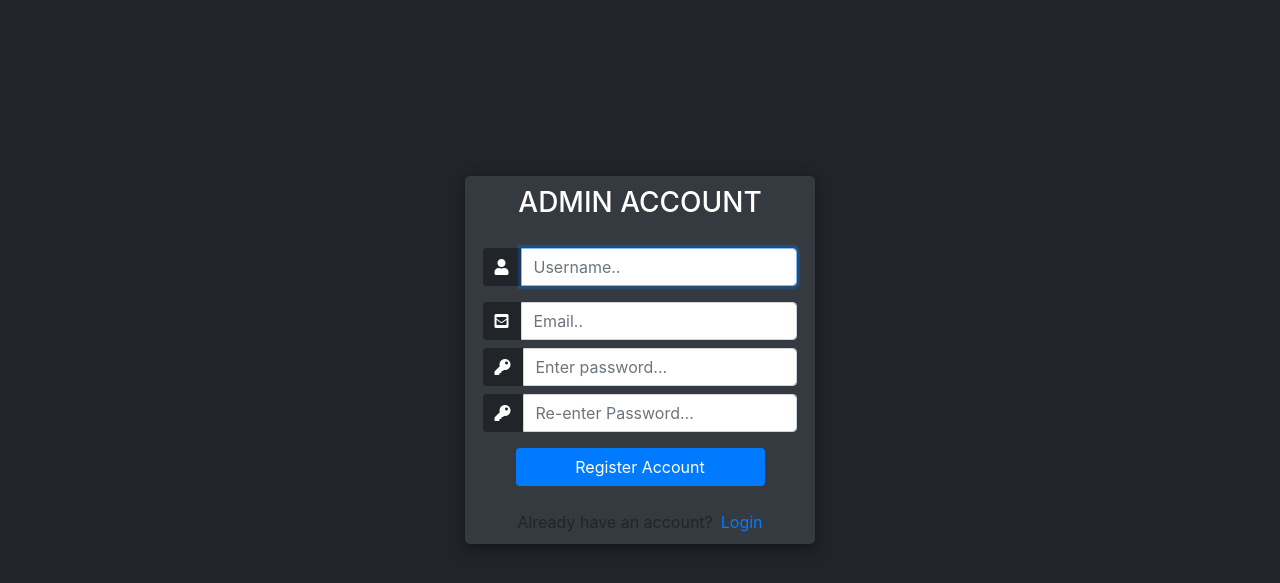
Repository: Abdaljawad-Aya/login-register-auth-validation-Django
Page: http://localhost/register/
These files come from the project's save history. The page is drawn as it stood at one moment and after the next save; the edit follows.
The browser window is 1280 px wide. The pictures show the whole page.
Some web libraries are served in a nearby version. The page is served by the project's application, run on Django 3.2 (project8/manage.py). Other server files are loaded and not shown.

Above is the page before, as saved 2021-03-11 22:24:03.

### project8/project8/templates/register.html
<!DOCTYPE html>
<html>

<head>
	<title>Login</title>
	<link rel="stylesheet" href="https://stackpath.bootstrapcdn.com/bootstrap/4.1.3/css/bootstrap.min.css" integrity="sha384-MCw98/SFnGE8fJT3GXwEOngsV7Zt27NXFoaoApmYm81iuXoPkFOJwJ8ERdknLPMO" crossorigin="anonymous">
	<script src="https://ajax.googleapis.com/ajax/libs/jquery/3.3.1/jquery.min.js"></script>
	<link rel="stylesheet" href="https://use.fontawesome.com/releases/v5.6.1/css/all.css" integrity="sha384-gfdkjb5BdAXd+lj+gudLWI+BXq4IuLW5IT+brZEZsLFm++aCMlF1V92rMkPaX4PP" crossorigin="anonymous">

	<style>
		body,
		html {
			margin: 0;
			padding: 0;
			height: 100%;
			background: #212429 !important;
		}
		.user_card {
			width: 350px;
			margin-top: auto;
			margin-bottom: auto;
			background: #353a40;
			position: relative;
			display: flex;
			justify-content: center;
			flex-direction: column;
			padding: 10px;
			box-shadow: 0 4px 8px 0 rgba(0, 0, 0, 0.2), 0 6px 20px 0 rgba(0, 0, 0, 0.19);
			-webkit-box-shadow: 0 4px 8px 0 rgba(0, 0, 0, 0.2), 0 6px 20px 0 rgba(0, 0, 0, 0.19);
			-moz-box-shadow: 0 4px 8px 0 rgba(0, 0, 0, 0.2), 0 6px 20px 0 rgba(0, 0, 0, 0.19);
			border-radius: 5px;

		}

		.form_container {
			margin-top: 20px;
		}

		#form-title{
			color: #fff;
		}
		.login_btn {
			width: 100%;
			background: #007aff !important;
			color: white !important;
		}
		.login_btn:focus {
			box-shadow: none !important;
			outline: 0px !important;
		}
		.login_container {
			padding: 0 2rem;
		}
		.input-group-text {
			background: #212429 !important;
			color: white !important;
			border: 0 !important;
			border-radius: 0.25rem 0 0 0.25rem !important;
		}
		.input_user,
		.input_pass:focus {
			box-shadow: none !important;
			outline: 0px !important;
		}

	</style>

</head>
<body>
	<div class="container h-100">
		<div class="d-flex justify-content-center h-100">
			<div class="user_card">
				<div class="d-flex justify-content-center">
					<h3 id="form-title">ADMIN ACCOUNT</h3>
				</div>
				<div class="d-flex justify-content-center form_container">

					<form method="POST" action="">
            {% csrf_token %}

						<div class="input-group mb-3">
							<div class="input-group-append">
								<span class="input-group-text"><i class="fas fa-user"></i></span>
							</div>
							{{form.username}}
						</div>
						<div class="input-group mb-2">
							<div class="input-group-append">
								<span class="input-group-text"><i class="fas fa-envelope-square"></i></span>
							</div>
							  {{form.email}}

						</div>
						<div class="input-group mb-2">
							<div class="input-group-append">
								<span class="input-group-text"><i class="fas fa-key"></i></span>
							</div>
							  {{form.password1}}
						</div>
						<div class="input-group mb-2">
							<div class="input-group-append">
								<span class="input-group-text"><i class="fas fa-key"></i></span>
							</div>
							 {{form.password2}}
						</div>

				   		<div class="d-flex justify-content-center mt-3 login_container">
				 			<input class="btn login_btn" type="submit" value="Register Account">
				   		</div>
					</form>
				</div>

				<div class="mt-4">
					<div class="d-flex justify-content-center links">
						Already have an account? <a href="{% url 'login' %}" class="ml-2">Login</a>
					</div>
				</div>
			</div>
		</div>
	</div>
	<script>
						/* Because i didnt set placeholder values in forms.py they will be set here using vanilla Javascript
		//We start indexing at one because CSRF_token is considered and input field
		 */

		//Query All input fields
		var form_fields = document.getElementsByTagName('input')
		form_fields[1].placeholder='Username..';
		form_fields[2].placeholder='Email..';
		form_fields[3].placeholder='Enter password...';
		form_fields[4].placeholder='Re-enter Password...';


		for (var field in form_fields){
			form_fields[field].className += ' form-control'
		}
	</script>
</body>
</html>



{% comment %} <h1>register</h1>


<form method="POST" action>
  {% csrf_token %}
  {{form.username.label}}
  {{form.username}}

  {{form.email.label}}
  {{form.email}}

  {{form.password1.label}}
  {{form.password1}}

  {{form.password2.label}}
  {{form.password2}}
     <input type="submit" name="Create User">
</form> {% endcomment %}

### project8/project8/App/forms.py
from django.forms import ModelForm
from django.contrib.auth.forms import UserCreationForm
from django.contrib.auth.models import User
from django import forms

from .models import Data_Source



class OrderForm(ModelForm):
  class Meta:
          model  = Data_Source
          fields = '__all__'

class CreateUserForm(UserCreationForm):
    class Meta:
          model  = User
          fields = ['username','email','password1','password2']

### project8/project8/App/views.py
from django.shortcuts import render
from django.contrib.auth.forms import UserCreationForm


# Create your views here.
from .models import *
from .forms import OrderForm, CreateUserForm
from .filters import OrderFilters


def registerPage(request):
    form = CreateUserForm()

    if request.method == 'POST':
        form = CreateUserForm(request.POST)
        if form.is_valid():
              form.save()

    context ={'form':form}
    return render(request, '../templates/register.html', context)


def loginPage(request):
    context ={}
    return render(request, '../templates/login.html', context)

def index(request):
    return render(request , "index.html")

### project8/project8/project8/urls.py
"""project8 URL Configuration

The `urlpatterns` list routes URLs to views. For more information please see:
    https://docs.djangoproject.com/en/3.1/topics/http/urls/
Examples:
Function views
    1. Add an import:  from my_app import views
    2. Add a URL to urlpatterns:  path('', views.home, name='home')
Class-based views
    1. Add an import:  from other_app.views import Home
    2. Add a URL to urlpatterns:  path('', Home.as_view(), name='home')
Including another URLconf
    1. Import the include() function: from django.urls import include, path
    2. Add a URL to urlpatterns:  path('blog/', include('blog.urls'))
"""
from django.contrib import admin
from django.urls import path
from App import views

urlpatterns = [
    path('register/', views.registerPage, name="register"),
    path('login/', views.loginPage, name="login"),

    path('admin/', admin.site.urls),
    path('', views.index),
]

After the next save:
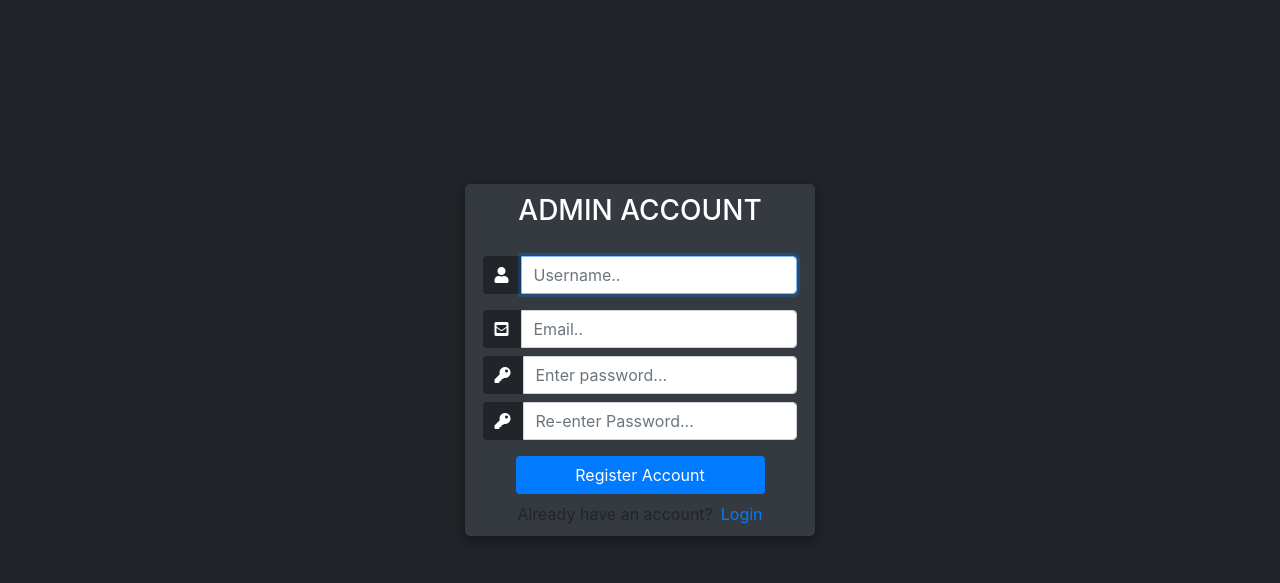
Saved 3 min 52 s later.
--- a/project8/project8/templates/register.html
+++ b/project8/project8/templates/register.html
@@ -110,7 +110,7 @@
 					</form>
 				</div>
 
-				<div class="mt-4">
+				<div class="mt-2">
 					<div class="d-flex justify-content-center links">
 						Already have an account? <a href="{% url 'login' %}" class="ml-2">Login</a>
 					</div>

After the 2 saves that followed:
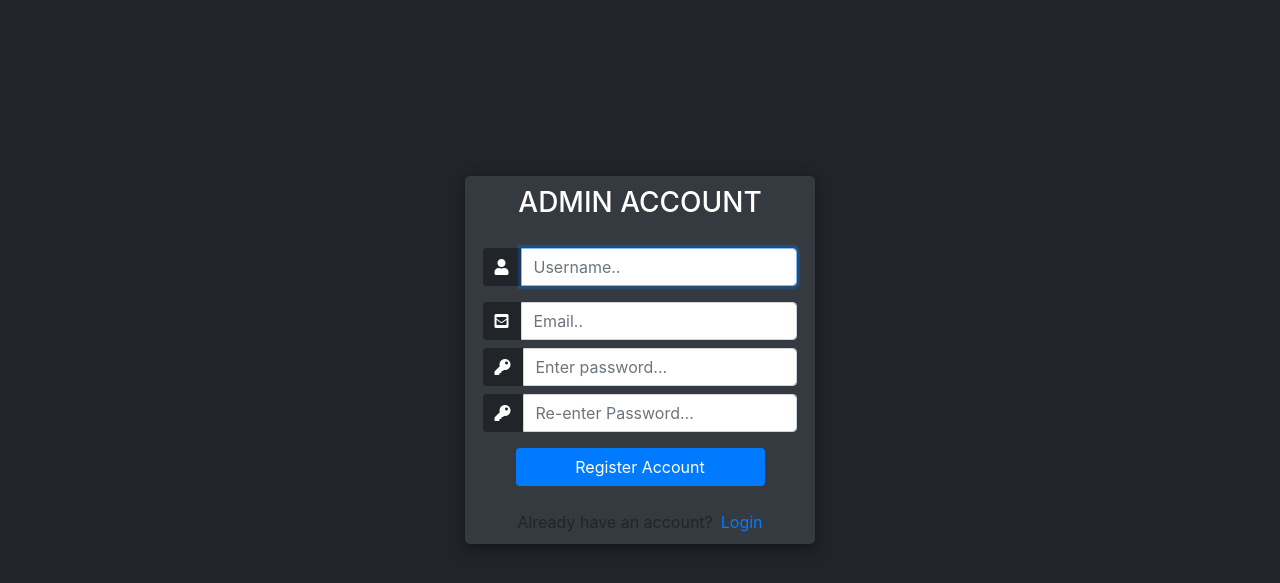
The 2 saves are shown as one change because they came seconds apart.
The last was saved 7 s later.
--- a/project8/project8/templates/register.html
+++ b/project8/project8/templates/register.html
@@ -110,8 +110,8 @@
 					</form>
 				</div>
 
-				<div class="mt-2">
-					<div class="d-flex justify-content-center links">
+				<div class="mt-4">
+					<div class="d-flex justify-content-center ">
 						Already have an account? <a href="{% url 'login' %}" class="ml-2">Login</a>
 					</div>
 				</div>
